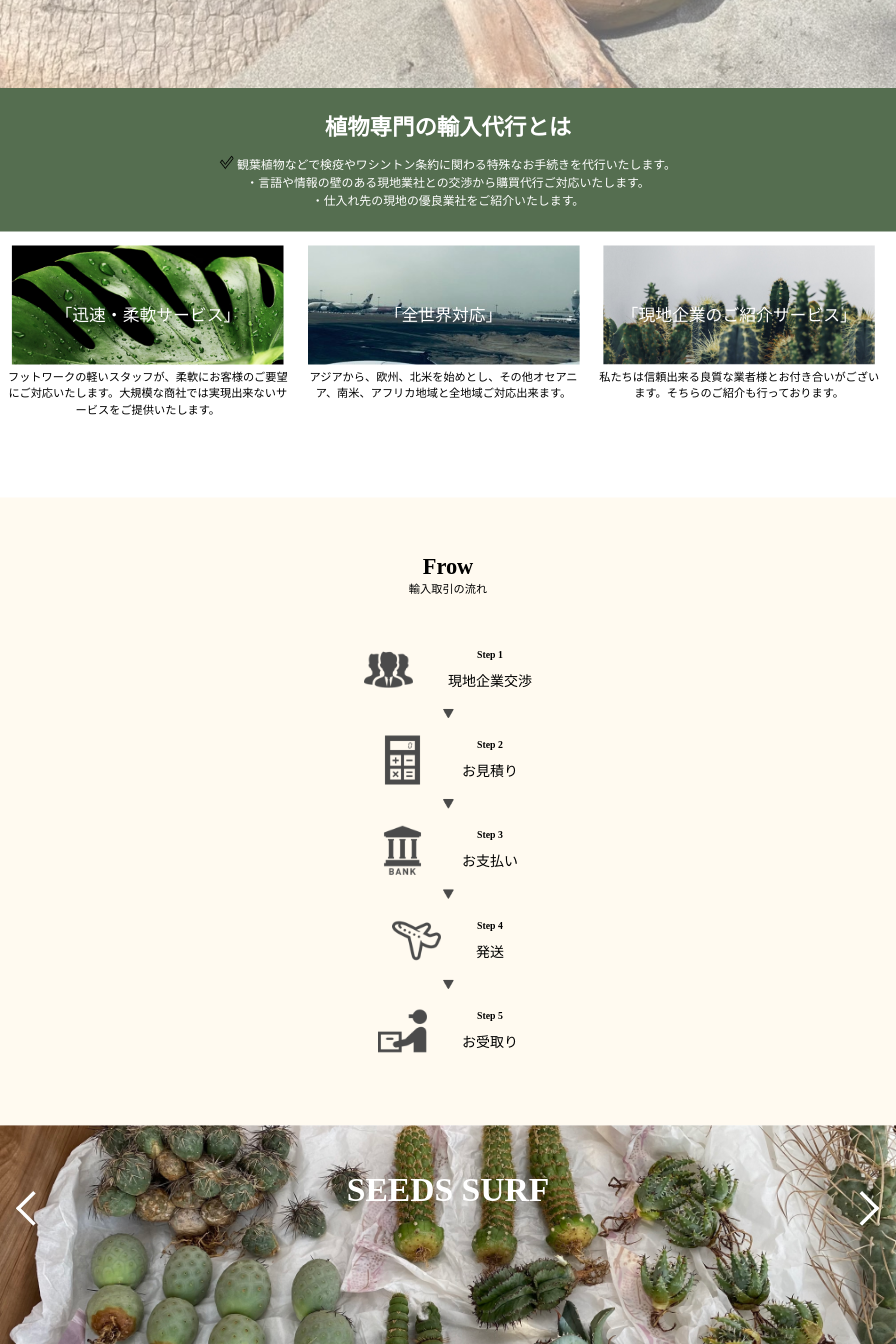
Repository: Seiya00002/seeds-surf-lp
Page: index.html
An editor plug-in stored every save of this project. The page is shown before and after the next save, followed by the edit.
The browser window is 1280 px wide. The pictures show the part of the page from y = 534 to 2454 px (the page is 4065 px tall before and 4069 px after), at 70% of full size.

Above is the page before, as saved 2023-07-18 08:04:41.

After the next save:
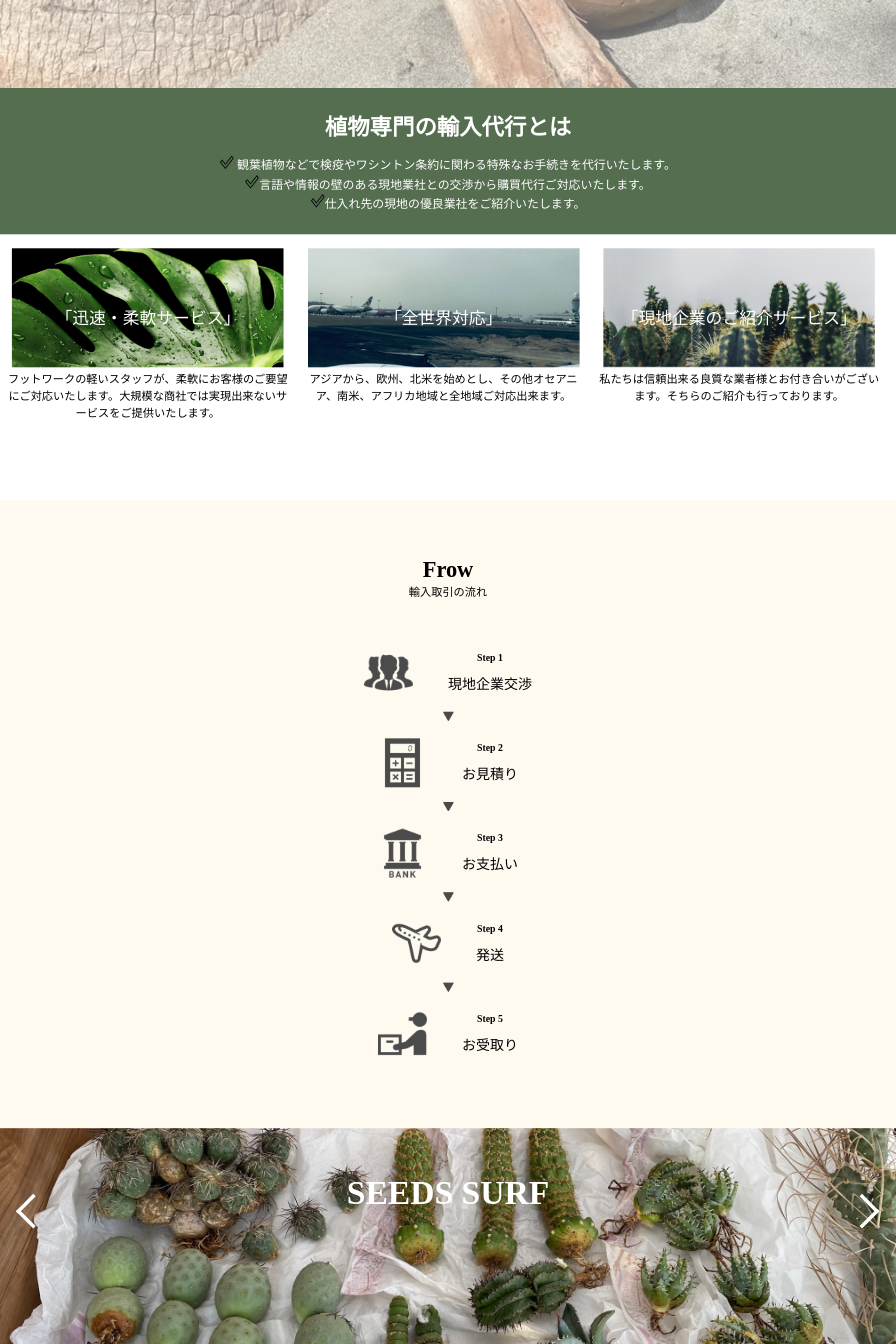
Saved 40 s later.
--- a/index.html
+++ b/index.html
@@ -123,7 +123,10 @@
             <div class="container">
                 <div class="message">
                     <h1>植物専門の輸入代行とは</h1>
-                    <p><img class="check" src="./img/check_icon.png"> 観葉植物などで検疫やワシントン条約に関わる特殊なお手続きを代行いたします。<br>・言語や情報の壁のある現地業社との交渉から購買代行ご対応いたします。<br>・仕入れ先の現地の優良業社をご紹介いたします。</p>
+                    <p><img class="check" src="./img/check_icon.png"> 観葉植物などで検疫やワシントン条約に関わる特殊なお手続きを代行いたします。
+                        <br><img class="check" src="./img/check_icon.png">言語や情報の壁のある現地業社との交渉から購買代行ご対応いたします。
+                        <br><img class="check" src="./img/check_icon.png">仕入れ先の現地の優良業社をご紹介いたします。
+                    </p>
 
                 </div>
             </div>
